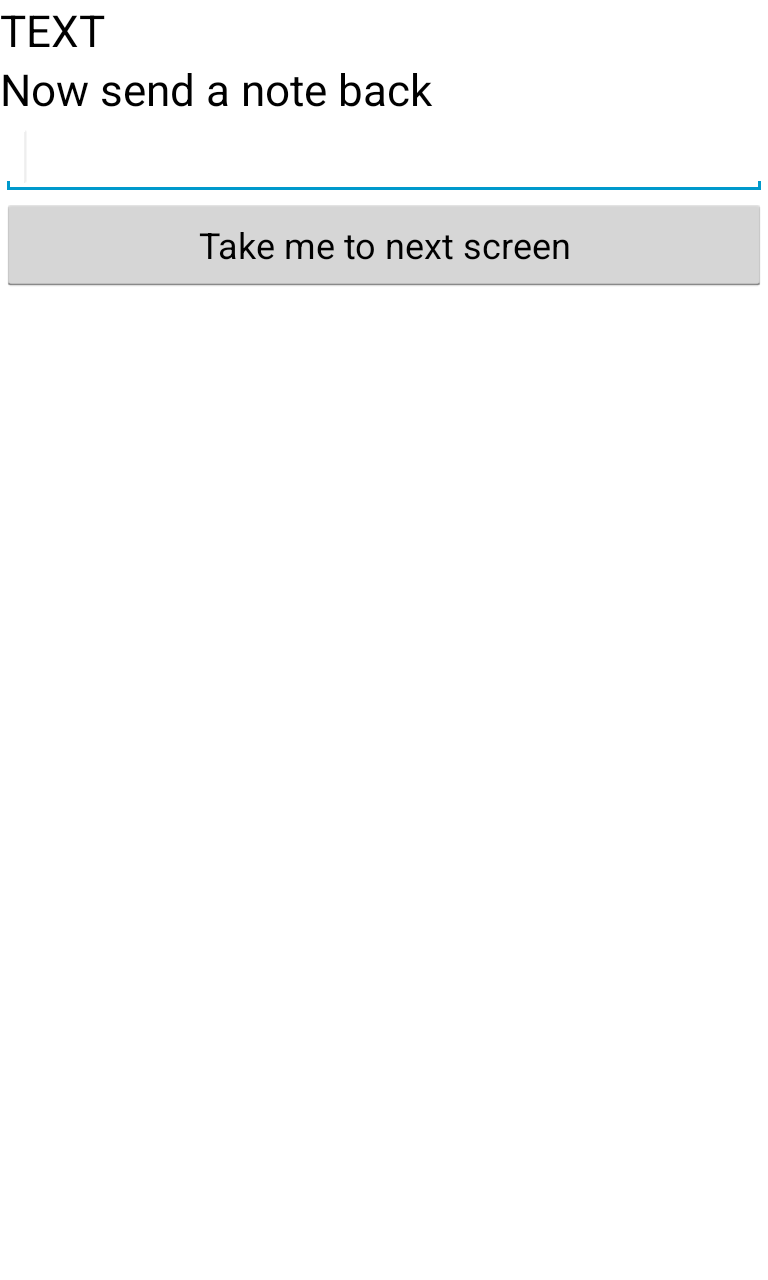
Repository: fsoDannis/FSO_JAVAII
Layout: JavaII_Week1/res/layout/activity_subscreen.xml
These files come from the project's save history. The layout is drawn as it stood at one moment and after the next save; the edit follows.
It is drawn on a 768 x 1280 px phone screen (xhdpi) without system bars, with theme AppTheme; the app's code is not run.

Above is the layout before, as saved 2013-05-09 01:38:43.

### JavaII_Week1/res/layout/activity_subscreen.xml
<?xml version="1.0" encoding="utf-8"?>
<LinearLayout xmlns:android="http://schemas.android.com/apk/res/android"
    android:layout_width="match_parent"
    android:layout_height="match_parent"
    android:orientation="vertical" >
    <TextView
        android:id="@+id/textView1"
        android:layout_width="match_parent"
        android:layout_height="wrap_content"
        android:textAppearance="?android:attr/textAppearanceLarge"
        android:text="TEXT"/>
    <TextView
        android:id="@+id/textView2"
        android:layout_width="match_parent"
        android:layout_height="wrap_content"
        android:textAppearance="?android:attr/textAppearanceLarge"
        android:text="Now send a note back"/>
    <EditText
        android:id="@+id/editText1"
        android:layout_width="match_parent"
        android:layout_height="wrap_content"
        android:ems="10" >
        <requestFocus />
    </EditText>
    <Button
        android:id="@+id/button1"
        android:layout_width="match_parent"
        android:layout_height="wrap_content"
        android:text="Take me to next screen" />
</LinearLayout>

Loaded but not shown: JavaII_Week1/res/values/styles.xml (common file); JavaII_Week1/res/values-v11/styles.xml (common file); JavaII_Week1/res/values-v14/styles.xml (common file)

After the next save:
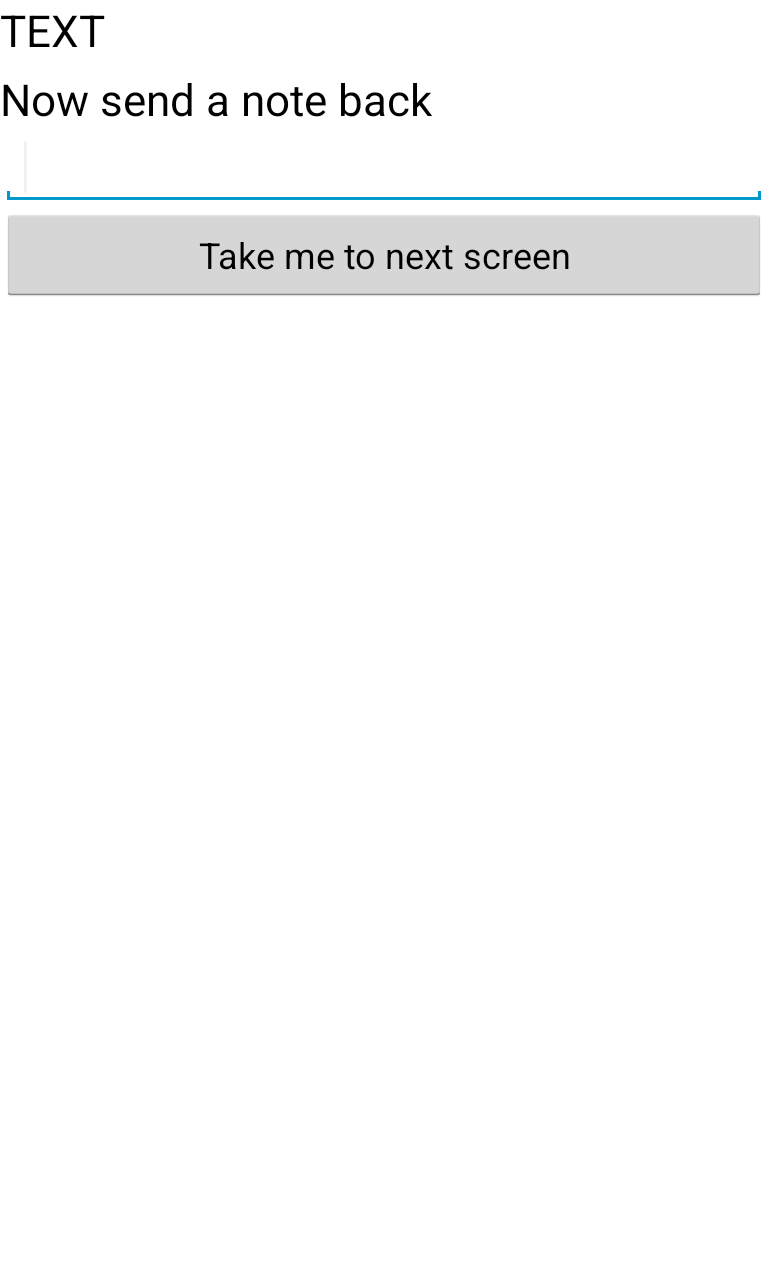
Saved 29 s later.
--- a/JavaII_Week1/res/layout/activity_subscreen.xml
+++ b/JavaII_Week1/res/layout/activity_subscreen.xml
@@ -8,6 +8,7 @@
         android:layout_width="match_parent"
         android:layout_height="wrap_content"
         android:textAppearance="?android:attr/textAppearanceLarge"
+        android:layout_marginBottom="10px"
         android:text="TEXT"/>
     <TextView
         android:id="@+id/textView2"
